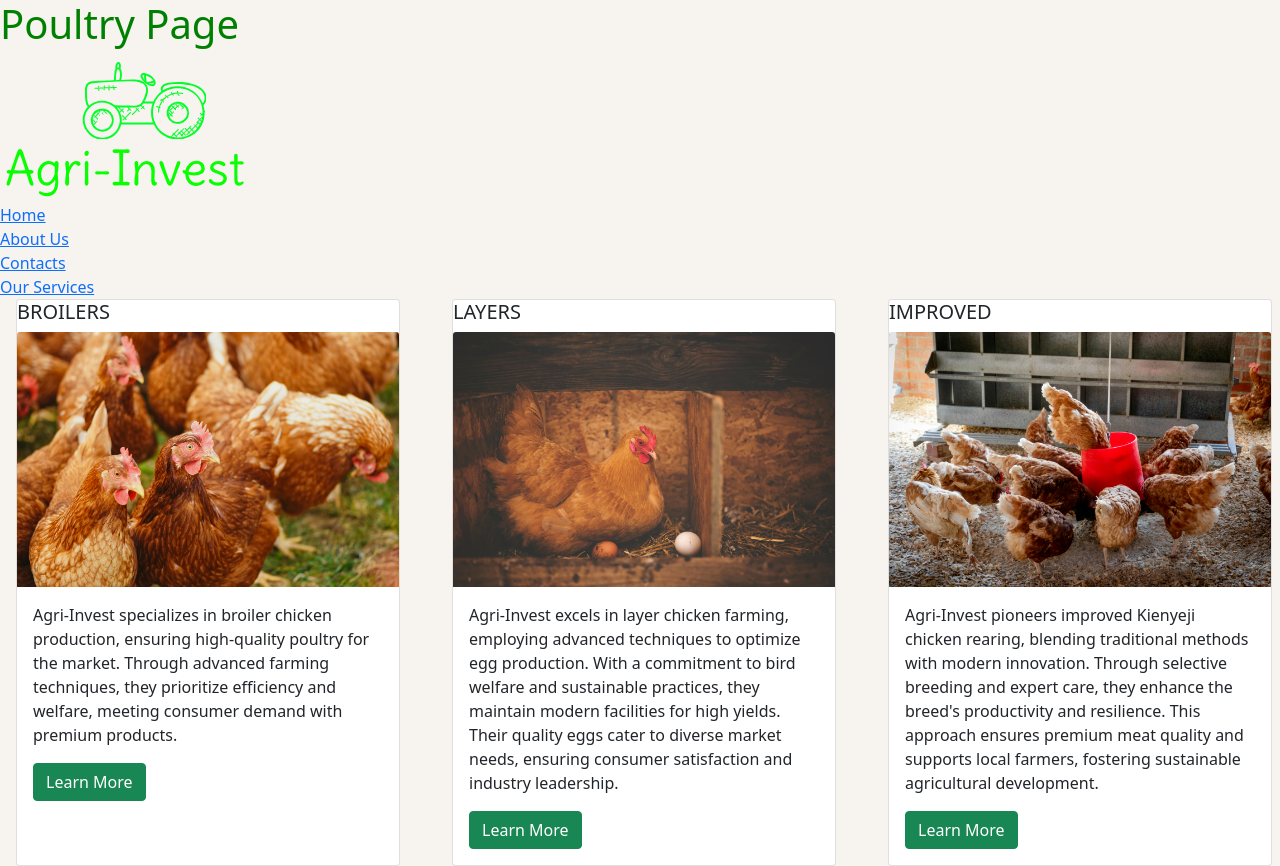
Repository: Allevandrose/Agri-invest
Page: poultry.html
An editor plug-in stored every save of this project. The page is shown before and after the next save, followed by the edit.
The browser window is 1280 px wide. The pictures show the whole page.

Above is the page before, as saved 2024-04-13 15:39:53.

After the next save:
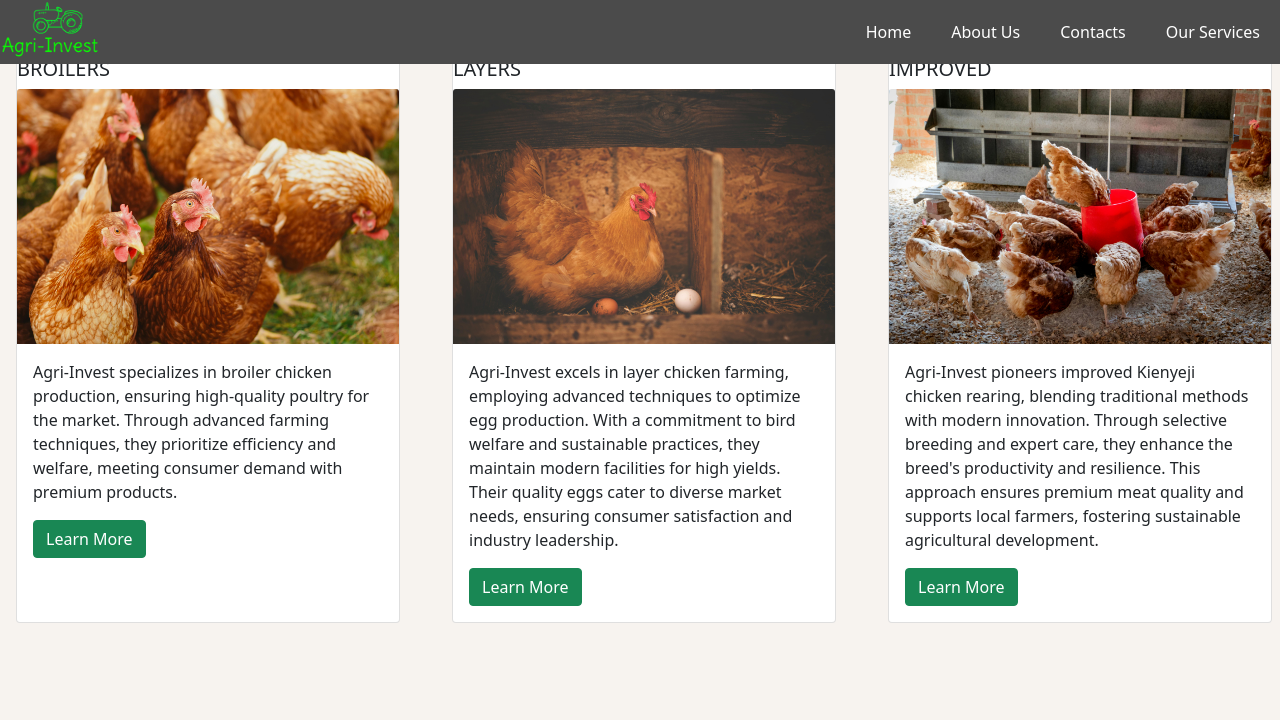
Saved 3 min 5 s later.
--- a/poultry.css
+++ b/poultry.css
@@ -13,3 +13,38 @@ body {
     margin-left: 16px;
     margin-right: 8px;
 }
+
+nav {
+    position: fixed;
+    top: 0;
+    z-index: 1;
+    width: 100%;
+    background-color: #4b4b4b;
+    display: flex;
+    justify-content: space-between;
+    flex-wrap: wrap;
+}
+
+.logo {
+    width: 40%;
+}
+
+.nav2 {
+    display: flex;
+    flex-direction: row;
+    justify-content: space-evenly;
+    align-items: center;
+    flex-wrap: wrap;
+}
+
+.nav2 a {
+    display: flex;
+    color: white;
+    align-items: center;
+    text-decoration: none;
+    padding: 20px;
+}
+
+.nav2 a:hover {
+    color: rgb(17, 235, 17);
+}
